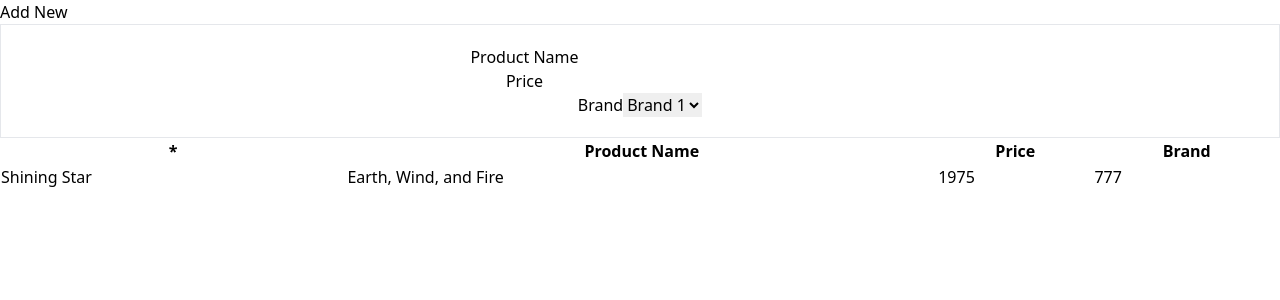
Repository: Semanmernstack/next-13-prisma-crud
Page: /product
The author's editor kept a copy of each file at every save. The page is drawn from the files as they stood at one save, then again after the next save.
The browser window is 1280 px wide. The pictures show the whole page.
The project was rebuilt for these pictures with package versions that can differ from the ones it lists, and the page was loaded fresh each time. The framework's server and built-in components were replaced by stand-ins that run in the browser. Also part of the build but not shown: next.config.js.

Above is the page before, as saved 2023-06-01 00:36:46.

### app/layout.tsx
import './globals.css'
import { Inter } from 'next/font/google'



export const metadata = {
  title: 'Create Next App',
  description: 'Generated by create next app',
}

export default function RootLayout({
  children,
}: {
  children: React.ReactNode
}) {
  return (
    <html lang="en">
      <body className="">{children}</body>
    </html>
  )
}

### app/product/page.tsx
import React from 'react'
import AddPrisma from '../components/AddPrisma'

function page() {
  return (
    <div>
        <AddPrisma/>
        <table className="table w-full items-center">
        <thead>
          <tr className="items-center">
            <th>*</th>
            <th>Product Name</th>
            <th>Price</th>
            <th>Brand</th>
          </tr>
        </thead>
        <tbody>

          <tr>
            <td>Shining Star</td>
            <td>Earth, Wind, and Fire</td>
            <td>1975</td>
            <td>777</td>
          </tr>
        </tbody>
      </table>



    </div>
  )
}

export default page

### app/components/AddPrisma.tsx
"use client"
import React, { useState } from 'react'

function AddPrisma() {
    const [product, setProduct] = useState("");
    const [price, setPrice] = useState("")
    const [brand, setBrand] = useState("")
  return (
    <div>
        <h1>Add New</h1>
        <form className=" flex flex-col items-center justify-center border decoration-slate-400 p-5 z-50" >
            <div>
                <label>Product Name</label>
                <input type="text" value={product} onChange={(e) => setProduct(e.target.value)} />
            </div>
            <div>
                <label >Price</label>
                <input type="text" value={price} onChange={(e) => setPrice(e.target.value)} />
            </div>
            <div>
                <label>Brand</label>
                <select value={brand} onChange={(e) => setBrand(e.target.value)} >
                    <option value="" disabled>Brand 1</option>
                    <option value="">Brand 2</option>
                </select>
            </div>



        </form>
    </div>

  )
}

export default AddPrisma

Loaded but not shown: app/globals.css (common file); tailwind.config.js (common file)

After the next save:
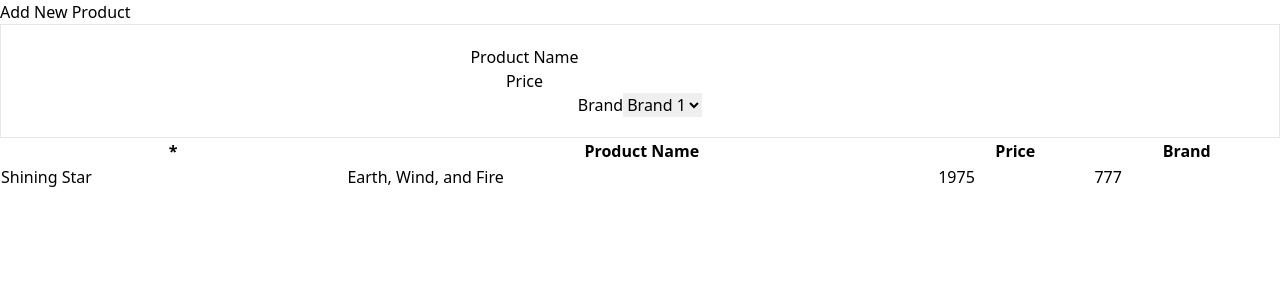
Saved 5 min 29 s later.
--- a/app/components/AddPrisma.tsx
+++ b/app/components/AddPrisma.tsx
@@ -5,9 +5,14 @@
     const [product, setProduct] = useState("");
     const [price, setPrice] = useState("")
     const [brand, setBrand] = useState("")
+    const [open, setOpen] = useState(false)
+
+    const handleOpen = () => {
+        setOpen(true)
+    }
   return (
     <div>
-        <h1>Add New</h1>
+        <button onClick={handleOpen}>Add New Product</button>
         <form className=" flex flex-col items-center justify-center border decoration-slate-400 p-5 z-50" >
             <div>
                 <label>Product Name</label>
